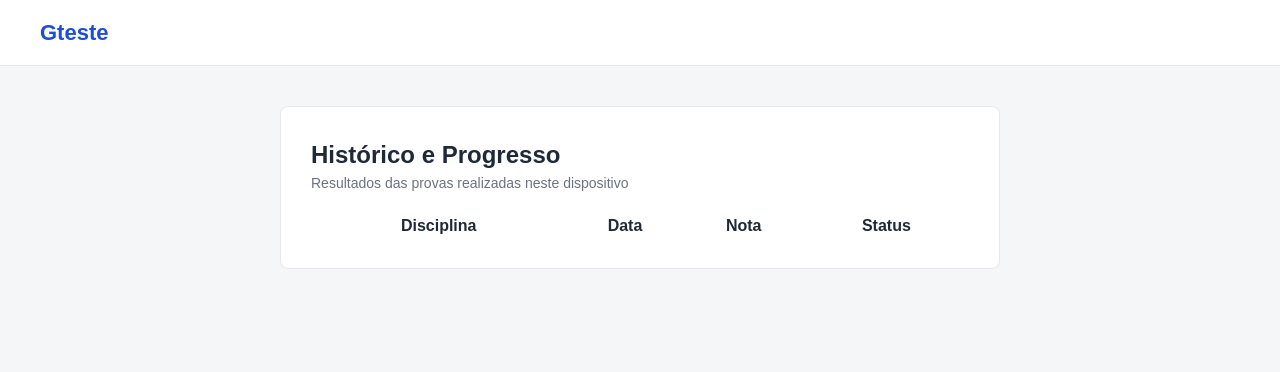
Repository: juvencio009/infratech-web
Page: progress.html
These files come from the project's save history. The page is drawn as it stood at one moment and after a run of saves; the edit follows.
The browser window is 1280 px wide. The pictures show the whole page.

Above is the page before, as saved 2025-12-18 00:12:54.
Not found: scr/historico.js

### progress.html
<!DOCTYPE html>
<html lang="pt">
<head>
  <meta charset="UTF-8">
  <title>Gteste | Progresso</title>

  <link
    href="https://cdn.jsdelivr.net/npm/bootstrap-icons@1.11.3/font/bootstrap-icons.css"
    rel="stylesheet"
  >
  <link rel="stylesheet" href="css/style.css">
</head>
<body>

<header>
  <div class="logo" onclick="location.href='index.html'">Gteste</div>
</header>

<main>
  <h2>Histórico e Progresso</h2>
  <p class="subtitle">
    Resultados das provas realizadas neste dispositivo
  </p>

  <table id="tabelaHistorico" style="width:100%; border-collapse:collapse;">
    <thead>
      <tr>
        <th>Disciplina</th>
        <th>Data</th>
        <th>Nota</th>
        <th>Status</th>
      </tr>
    </thead>
    <tbody></tbody>
  </table>
</main>

<script src="scr/historico.js"></script>
</body>
</html>

### css/style.css
/* ===============================
   RESET & BASE
================================ */

* {
  box-sizing: border-box;
  margin: 0;
  padding: 0;
  font-family: Arial, Helvetica, sans-serif;
}

body {
  background: #f4f6f8;
  color: #1f2937;
  line-height: 1.5;
}

/* ===============================
   HEADER
================================ */

header {
  background: #ffffff;
  border-bottom: 1px solid #e5e7eb;
  padding: 16px 40px;
  display: flex;
  align-items: center;
  justify-content: space-between;
}

.logo {
  font-size: 22px;
  font-weight: bold;
  color: #1d4ed8;
  cursor: pointer;
}

.header-actions button {
  background: transparent;
  border: 1px solid #1d4ed8;
  color: #1d4ed8;
  padding: 6px 14px;
  border-radius: 4px;
  cursor: pointer;
  font-size: 14px;
}

.header-actions button:disabled {
  opacity: 0.6;
  cursor: default;
}

/* ===============================
   HERO / INTRO (INDEX)
================================ */

.hero {
  padding: 50px 40px 30px;
}

.hero h1 {
  font-size: 28px;
  margin-bottom: 10px;
}

.hero p {
  color: #4b5563;
  max-width: 600px;
}

/* ===============================
   GRID DE DISCIPLINAS
================================ */

.grid {
  padding: 40px;
  display: grid;
  grid-template-columns: repeat(auto-fit, minmax(230px, 1fr));
  gap: 24px;
}

.card {
  background: #ffffff;
  border-radius: 8px;
  padding: 30px 20px;
  text-align: center;
  border: 1px solid #e5e7eb;
  cursor: pointer;
  transition: 0.2s ease;
}

.card:hover {
  transform: translateY(-4px);
  box-shadow: 0 6px 20px rgba(0, 0, 0, 0.08);
}

.card i {
  font-size: 38px;
  color: #1d4ed8;
  margin-bottom: 14px;
}

.card h3 {
  font-size: 18px;
  margin-bottom: 8px;
}

.card span {
  font-size: 13px;
  color: #6b7280;
}

/* ===============================
   MAIN (QUIZ)
================================ */

main {
  max-width: 720px;
  margin: 40px auto;
  background: #ffffff;
  border-radius: 8px;
  border: 1px solid #e5e7eb;
  padding: 30px;
}

.subtitle {
  color: #6b7280;
  margin-bottom: 20px;
  font-size: 14px;
}

/* ===============================
   INTRO DO QUIZ
================================ */

#intro ul {
  margin: 20px 0;
  padding-left: 18px;
  color: #374151;
}

#intro li {
  margin-bottom: 8px;
  font-size: 14px;
}

#intro i {
  color: #dc2626;
  margin-right: 6px;
}

/* ===============================
   BOTÕES
================================ */

button {
  background: #1d4ed8;
  color: #ffffff;
  border: none;
  padding: 10px 20px;
  border-radius: 4px;
  cursor: pointer;
  font-size: 14px;
}

button:hover {
  background: #1e40af;
}

/* ===============================
   QUESTÕES
================================ */

.question-number {
  font-size: 13px;
  color: #6b7280;
  margin-bottom: 6px;
}

.question-text {
  font-size: 17px;
  margin-bottom: 20px;
}

/* ===============================
   OPÇÕES DE RESPOSTA
================================ */

.option {
  border: 1px solid #e5e7eb;
  border-radius: 4px;
  padding: 10px 12px;
  margin-bottom: 10px;
  cursor: pointer;
  transition: 0.15s;
  display: flex;
  gap: 10px;
  align-items: center;
}

.option:hover {
  background: #f9fafb;
}

.option input {
  cursor: pointer;
}

/* ===============================
   AÇÕES
================================ */

.actions {
  margin-top: 20px;
  display: flex;
  justify-content: flex-end;
}

/* ===============================
   RESULTADO
================================ */

#resultado {
  text-align: center;
}

.score {
  font-size: 28px;
  margin: 20px 0;
  color: #1d4ed8;
}

.status {
  font-size: 16px;
  font-weight: bold;
}

/* ===============================
   FOOTER
================================ */

footer {
  text-align: center;
  padding: 20px;
  font-size: 13px;
  color: #6b7280;
}

/* ===============================
   UTILIDADES
================================ */

.hidden {
  display: none;
}

/* ===============================
   RESPONSIVO
================================ */

@media (max-width: 600px) {
  header {
    padding: 14px 20px;
  }

  .hero,
  .grid {
    padding: 20px;
  }

  main {
    margin: 20px;
    padding: 20px;
  }
}

### src/progress.js
const tbody = document.querySelector("#tabelaHistorico tbody");
const historico = JSON.parse(localStorage.getItem("gteste_historico")) || [];

if (!historico.length) {
  tbody.innerHTML = `
    <tr>
      <td colspan="4" style="text-align:center; padding:20px;">
        Nenhuma prova realizada ainda.
      </td>
    </tr>
  `;
} else {
  historico.forEach(h => {
    const tr = document.createElement("tr");
    tr.innerHTML = `
      <td>${h.disciplina}</td>
      <td>${h.data}</td>
      <td>${h.nota} / 20</td>
      <td>${h.status}</td>
    `;
    tbody.appendChild(tr);
  });
}

After the next 2 saves:
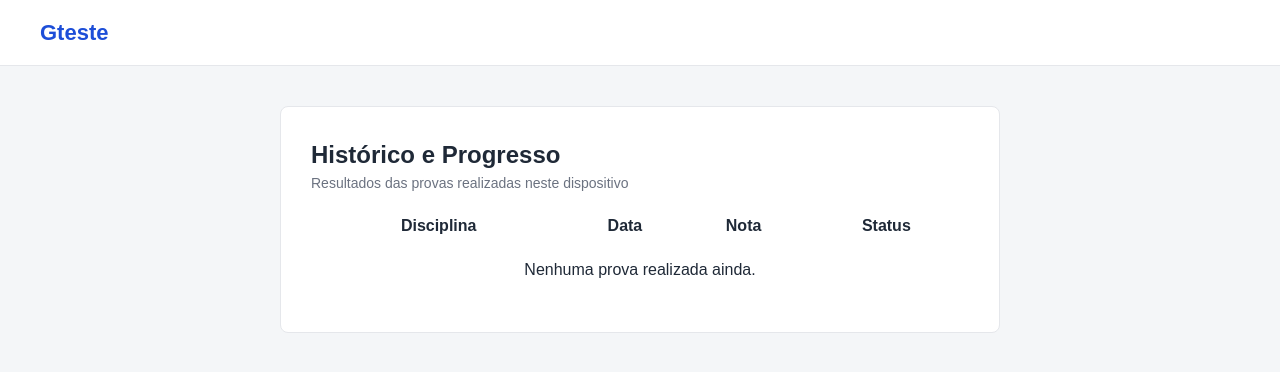
The 2 saves are shown as one change because they came seconds apart.
The last was saved 16 s later.
--- a/progress.html
+++ b/progress.html
@@ -35,6 +35,6 @@
   </table>
 </main>
 
-<script src="scr/historico.js"></script>
+<script src="scr/progress.js"></script>
 </body>
 </html>
